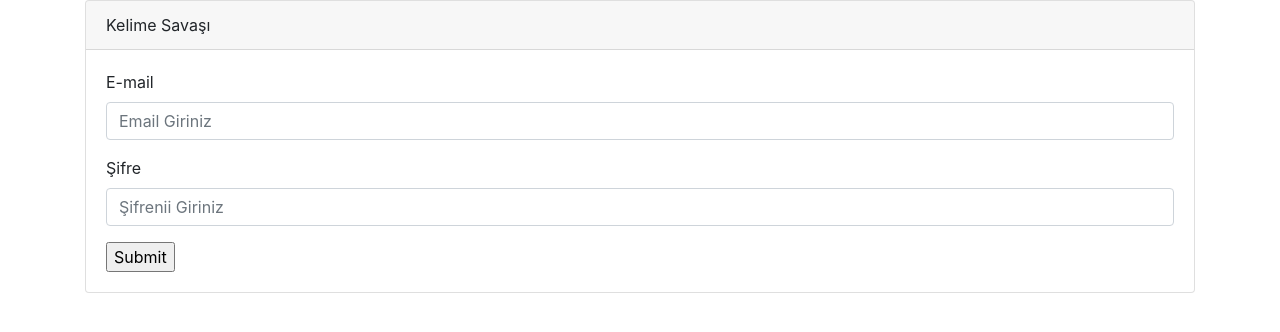
Repository: triapost/kelimeapp
Page: /login
These files come from the project's save history. The page is drawn as it stood at one moment and after a run of saves; the edit follows.
The browser window is 1280 px wide. The pictures show the whole page.
The project was rebuilt for these pictures with package versions that can differ from the ones it lists, and the page was loaded fresh each time. Also part of the build but not shown: src/pages/auth/Register.js, src/pages/home/Home.js.

Above is the page before, as saved 2020-09-15 22:26:32.

### public/index.html
<!DOCTYPE html>
<html lang="en">
  <head>
    <meta charset="utf-8" />
    <link rel="icon" href="%PUBLIC_URL%/favicon.ico" />
    <meta name="viewport" content="width=device-width, initial-scale=1" />
    <meta name="theme-color" content="#000000" />
    <meta
      name="description"
      content="Web site created using create-react-app"
    />
    <link rel="apple-touch-icon" href="%PUBLIC_URL%/logo192.png" />
    <!--
      manifest.json provides metadata used when your web app is installed on a
      user's mobile device or desktop. See https://developers.google.com/web/fundamentals/web-app-manifest/
    -->
    <link rel="manifest" href="%PUBLIC_URL%/manifest.json" />
    <link
      rel="stylesheet"
      href="https://stackpath.bootstrapcdn.com/bootstrap/4.5.2/css/bootstrap.min.css"
      integrity="sha384-JcKb8q3iqJ61gNV9KGb8thSsNjpSL0n8PARn9HuZOnIxN0hoP+VmmDGMN5t9UJ0Z"
      crossorigin="anonymous"
    />
    <!--
      Notice the use of %PUBLIC_URL% in the tags above.
      It will be replaced with the URL of the `public` folder during the build.
      Only files inside the `public` folder can be referenced from the HTML.

      Unlike "/favicon.ico" or "favicon.ico", "%PUBLIC_URL%/favicon.ico" will
      work correctly both with client-side routing and a non-root public URL.
      Learn how to configure a non-root public URL by running `npm run build`.
    -->
    <title>React App</title>
  </head>
  <body>
    <noscript>You need to enable JavaScript to run this app.</noscript>
    <div id="root"></div>
    <!--
      This HTML file is a template.
      If you open it directly in the browser, you will see an empty page.

      You can add webfonts, meta tags, or analytics to this file.
      The build step will place the bundled scripts into the <body> tag.

      To begin the development, run `npm start` or `yarn start`.
      To create a production bundle, use `npm run build` or `yarn build`.
    -->
  </body>
</html>

### src/pages/index.js
export { default as Login } from "./auth/Login";
export { default as Register } from "./auth/Register";
export { default as Home } from "./home/Home";

### src/pages/auth/Login.js
import React, { useState } from "react";

const Login = () => {
  return (
    <div className="container">
      <div className="card">
        <div className="card-header">Kelime Savaşı</div>
        <div className="card-body">
          <form>
            <div className="form-group">
              <label htmlFor="">E-mail</label>
              <input
                type="email"
                className="form-control"
                placeholder="Email Giriniz"
                name="email"
                required
              />
            </div>
            <div className="form-group">
              <label htmlFor="">Şifre</label>
              <input
                type="password"
                className="form-control"
                placeholder="Şifrenii Giriniz"
                name="password"
                required
              />
            </div>
            <input type="submit" className="btn-btn-success" />
          </form>
        </div>
      </div>
    </div>
  );
};

export default Login;

Loaded but not shown: src/index.js (common file); src/App.js (common file)

After the next 5 saves:
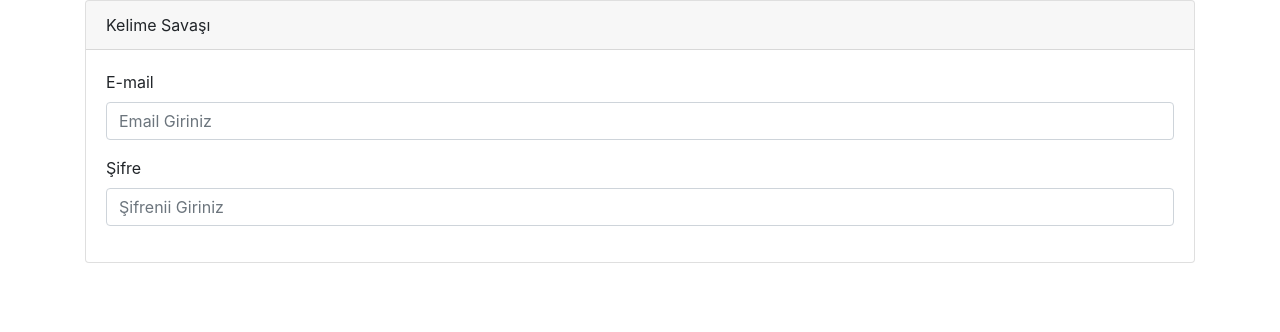
The 5 saves are shown as one change because they came seconds apart.
The last was saved 24 s later.
--- a/src/pages/auth/Login.js
+++ b/src/pages/auth/Login.js
@@ -27,7 +27,9 @@ const Login = () => {
                 required
               />
             </div>
-            <input type="submit" className="btn-btn-success" />
+            <div className="form-group">
+
+            </div>
           </form>
         </div>
       </div>
